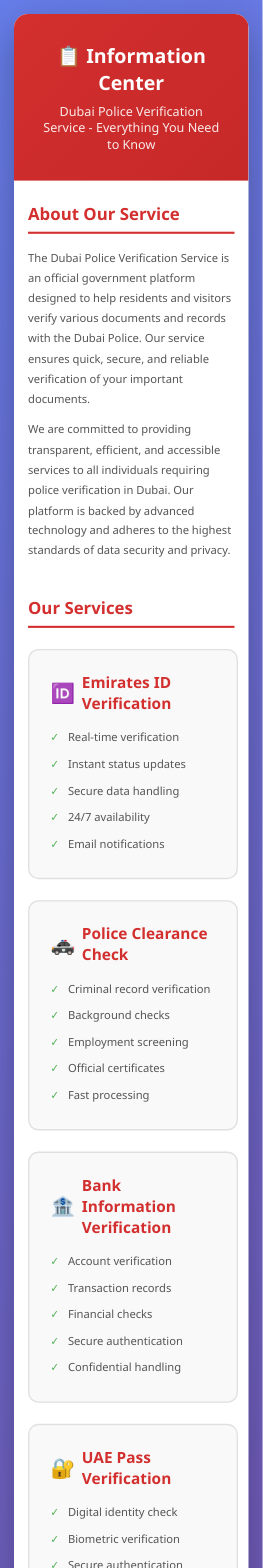
Repository: liamt1468-gif/damp
Page: dubailegalcheck.ae/information.html
These files come from the project's save history. The page is drawn as it stood at one moment and after a run of saves; the edit follows.
The browser window is 375 px wide. The pictures show the part of the page from y = 0 to 2240 px (the page is 3489 px tall before and 3010 px after), at 70% of full size.

Above is the page before, as saved 2025-11-14 04:15:30.

After the next 5 saves:
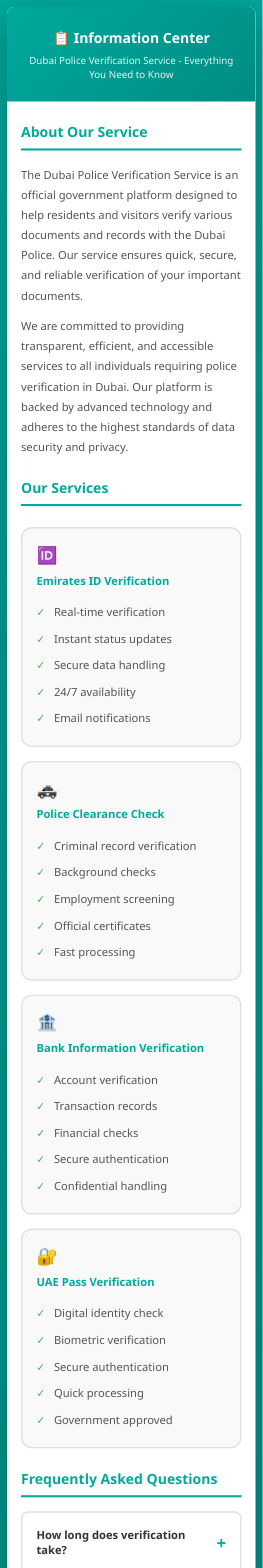
The 5 saves are shown as one change because they came seconds apart.
The last was saved 2 min 48 s later.
--- a/dubailegalcheck.ae/information.html
+++ b/dubailegalcheck.ae/information.html
@@ -19,7 +19,7 @@
 
         body {
             font-family: 'Segoe UI', Tahoma, Geneva, Verdana, sans-serif;
-            background: linear-gradient(135deg, #667eea 0%, #764ba2 100%);
+            background: linear-gradient(135deg, #00a99d 0%, #008c84 100%);
             min-height: 100vh;
             padding: 20px;
         }
@@ -34,7 +34,7 @@
         }
 
         .header {
-            background: linear-gradient(135deg, #d32f2f 0%, #c62828 100%);
+            background: linear-gradient(135deg, #00a99d 0%, #008c84 100%);
             color: white;
             padding: 40px;
             text-align: center;
@@ -59,10 +59,10 @@
         }
 
         .info-section h2 {
-            color: #d32f2f;
+            color: #00a99d;
             font-size: 28px;
             margin-bottom: 20px;
-            border-bottom: 3px solid #d32f2f;
+            border-bottom: 3px solid #00a99d;
             padding-bottom: 10px;
         }
 
@@ -89,13 +89,13 @@
         }
 
         .info-card:hover {
-            border-color: #d32f2f;
-            box-shadow: 0 10px 30px rgba(211, 47, 47, 0.2);
+            border-color: #00a99d;
+            box-shadow: 0 10px 30px rgba(0, 169, 157, 0.2);
             transform: translateY(-5px);
         }
 
         .info-card h3 {
-            color: #d32f2f;
+            color: #00a99d;
             font-size: 22px;
             margin-bottom: 15px;
             display: flex;
@@ -128,7 +128,7 @@
         }
 
         .contact-box {
-            background: linear-gradient(135deg, #667eea 0%, #764ba2 100%);
+            background: linear-gradient(135deg, #00a99d 0%, #008c84 100%);
             color: white;
             padding: 40px;
             border-radius: 15px;
@@ -156,7 +156,7 @@
 
         .back-button {
             display: inline-block;
-            background: #d32f2f;
+            background: #00a99d;
             color: white;
             padding: 15px 30px;
             border-radius: 8px;
@@ -168,9 +168,9 @@
         }
 
         .back-button:hover {
-            background: #c62828;
+            background: #008c84;
             transform: translateY(-2px);
-            box-shadow: 0 5px 15px rgba(211, 47, 47, 0.3);
+            box-shadow: 0 5px 15px rgba(0, 169, 157, 0.3);
         }
 
         .faq-item {
@@ -184,7 +184,7 @@
         }
 
         .faq-item:hover {
-            border-color: #d32f2f;
+            border-color: #00a99d;
         }
 
         .faq-question {
@@ -209,7 +209,7 @@
 
         .faq-item .toggle-icon {
             font-size: 24px;
-            color: #d32f2f;
+            color: #00a99d;
             transition: transform 0.3s;
         }
 
@@ -218,15 +218,89 @@
         }
 
         @media (max-width: 768px) {
+            body {
+                padding: 10px;
+            }
+
+            .container {
+                border-radius: 10px;
+            }
+
+            .header {
+                padding: 30px 20px;
+            }
+
             .header h1 {
-                font-size: 28px;
+                font-size: 24px;
+            }
+
+            .header p {
+                font-size: 14px;
             }
 
             .content {
                 padding: 30px 20px;
             }
 
+            .info-section {
+                margin-bottom: 30px;
+            }
+
             .info-section h2 {
+                font-size: 20px;
+            }
+
+            .info-grid {
+                grid-template-columns: 1fr;
+                gap: 20px;
+            }
+
+            .info-card {
+                padding: 20px;
+            }
+
+            .info-card h3 {
+                font-size: 18px;
+            }
+
+            .contact-box {
+                padding: 30px 20px;
+            }
+
+            .contact-box h3 {
+                font-size: 20px;
+            }
+
+            .contact-box p {
+                font-size: 14px;
+            }
+
+            .back-button {
+                padding: 12px 24px;
+                font-size: 14px;
+            }
+
+            .faq-question {
+                font-size: 16px;
+            }
+
+            .faq-answer {
+                font-size: 14px;
+            }
+        }
+
+        @media (max-width: 480px) {
+            .header h1 {
+                font-size: 20px;
+            }
+
+            .info-card h3 {
+                font-size: 16px;
+                flex-direction: column;
+                align-items: flex-start;
+            }
+
+            .info-card .icon {
                 font-size: 24px;
             }
         }
